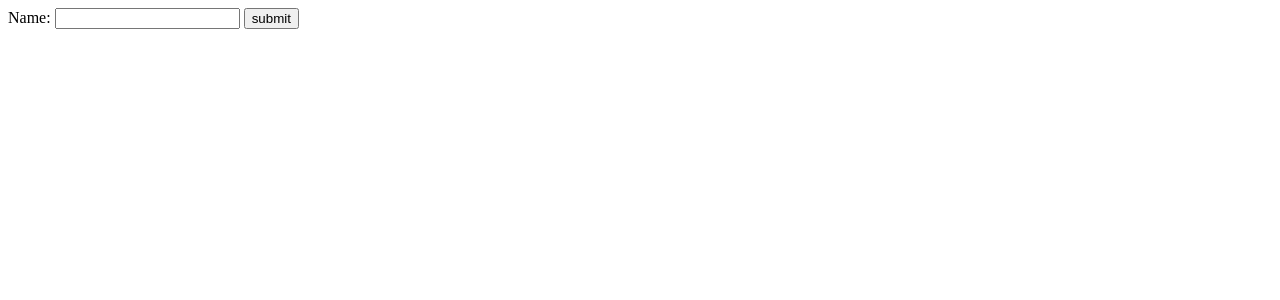
Repository: toprak1919/BaronEmlak
Page: helloworld/page.html
These files come from the project's save history. The page is drawn as it stood at one moment and after the next save; the edit follows.
The browser window is 1280 px wide. The pictures show the whole page.

Above is the page before, as saved 2020-12-07 13:43:42.

After the next save:
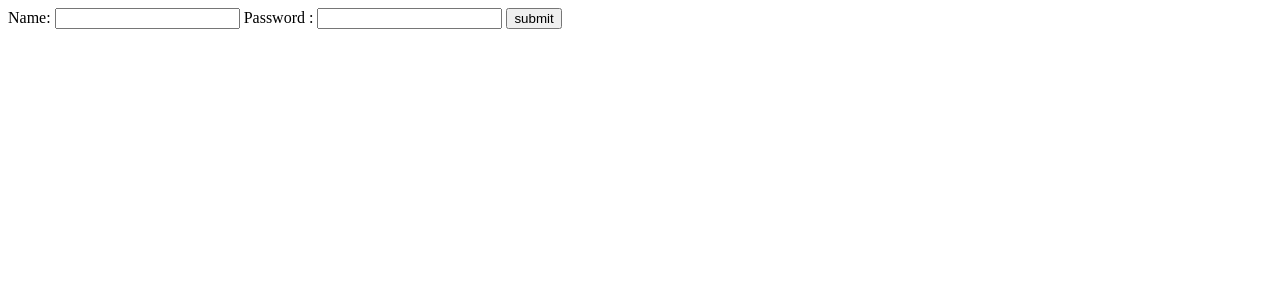
Saved 7 min 26 s later.
--- a/helloworld/page.html
+++ b/helloworld/page.html
@@ -4,6 +4,7 @@
 <body>
 <form action="processs.php">
 Name: <input type="text" name="nameInput">
+Password : <input type="password" name= "pswd">
 <button type="submit">submit</button>
 
 </form>
